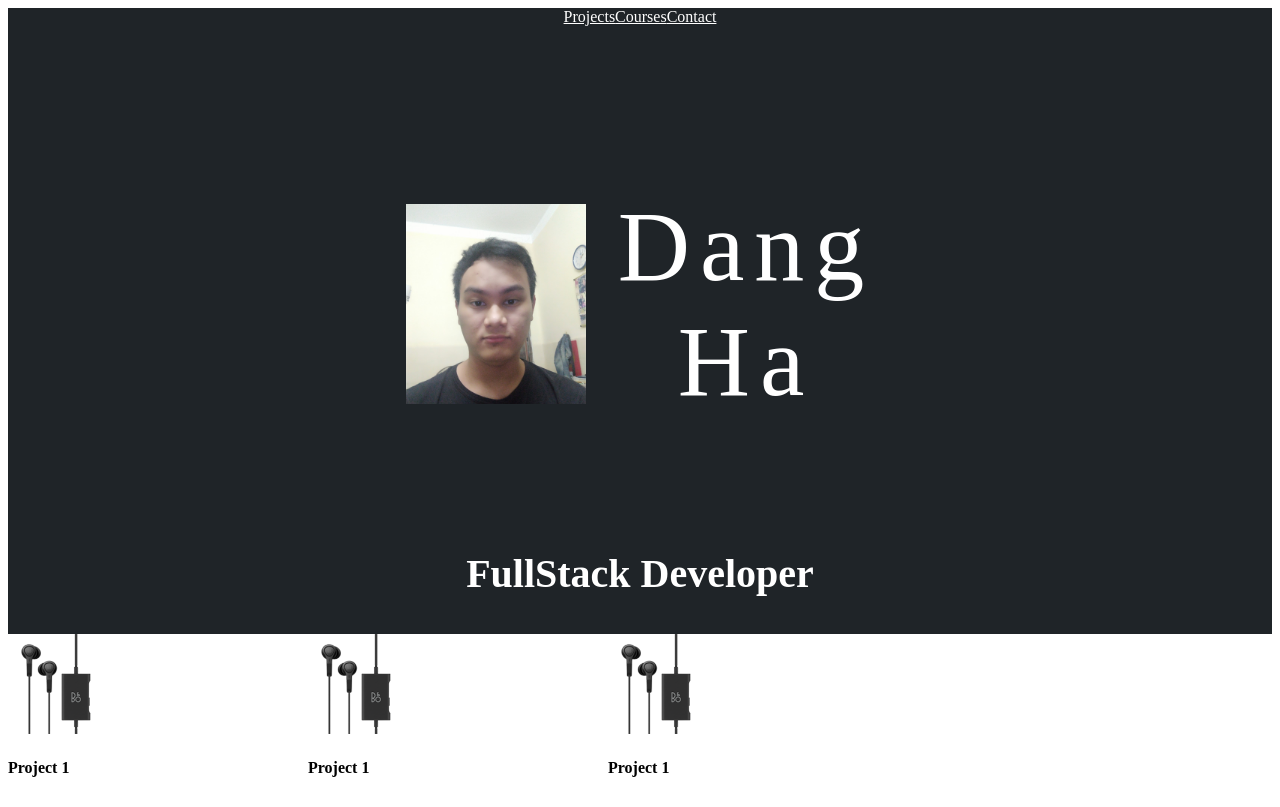
Repository: hagit01/ha-portfolio
Page: home.html
The author's editor kept a copy of each file at every save. The page is drawn from the files as they stood at one save, then again after a run of saves.
The browser window is 1280 px wide. The pictures show the whole page.

Above is the page before, as saved 2021-07-30 10:33:35.

### home.html
<!DOCTYPE html>
<html>
<head>
    <meta charset="utf-8" >
    <meta http-equiv="X-UA-Compatible" content="IE=edge" >
    <title>Dang Ha</title>
    <meta name="viewport" content="width=device-width, initial-scale=1" />
    <link rel="stylesheet" type="text/css" media="screen" href="main.css" >
</head>

<body>

    <section class="navigation-bar">

        <a class="nav-link" href="#">
            Projects
        </a>

        <a class="nav-link" href="#">
            Courses
        </a>

        <a class="nav-link" href="#">
            Contact
        </a>

    </section>

    <section class="hero">
        <div class="hero--content">
            <div class="hero--content--intro">
                <img id="profile_pic" src="images/dangha.jpg" alt="">
                <h1 class="intro--name">Dang <br> Ha</h1>
            </div>
            <div class="hero--content--subsection">
                <h3 class="description">FullStack Developer</h3>
                <p class="slogan">I learn to code to get a job</p>
            </div>
        </div>
    </section>

    <section class="container">
        <div class="projects--wrapper">
            <div class="project--column">
                <img class="project--thumbnail" src="images/1.png" alt="" >
                <div class="project--body">
                    <h4>Project 1</h4>
                </div>
            </div>
            <div class="project--column">
                <img class="project--thumbnail" src="images/1.png" alt="" >
                <div class="project--body">
                    <h4>Project 1</h4>
                </div>
            </div>
            <div class="project--column">
                <img class="project--thumbnail" src="images/1.png" alt="" >
                <div class="project--body">
                    <h4>Project 1</h4>
                </div>
            </div>
        </div>

    </section>

</body>



</html>

### main.css
.navigation-bar{
    background-color: #1F2428;
    height: 50px;
    display:flex;
    justify-content: center;
}

.nav-link{
    color: #fff;
}

.hero{
    background-color: #1F2428;
    height: 80vh;
    color:#fff;
}

#profile_pic{
    height: 200px;
    width: 180px;
    object-fit: cover;
}

.hero--content{
    width: 1000;
    margin: 0 auto;
    padding: 3em;
}

.hero--content--intro{
    display: flex;
    color: #fff;
    justify-content: center;
    align-items: center;
    gap: 2em;
    margin-bottom: 3em;
}

.hero--content--subsection{
    text-align: center;
}

.intro--name{
    font-size: 100px;
    letter-spacing: .1em;
    font-weight: 20;
    text-align: center;
}

.description{
    font-size: 40px;
}

.slogan{
    font-size:22px;
}

.projects--wrapper{
    display: flex;
}

.project--column{
    width: 300px;
}

.project--thumbnail{
    width: 100px;
}

After the next 2 saves:
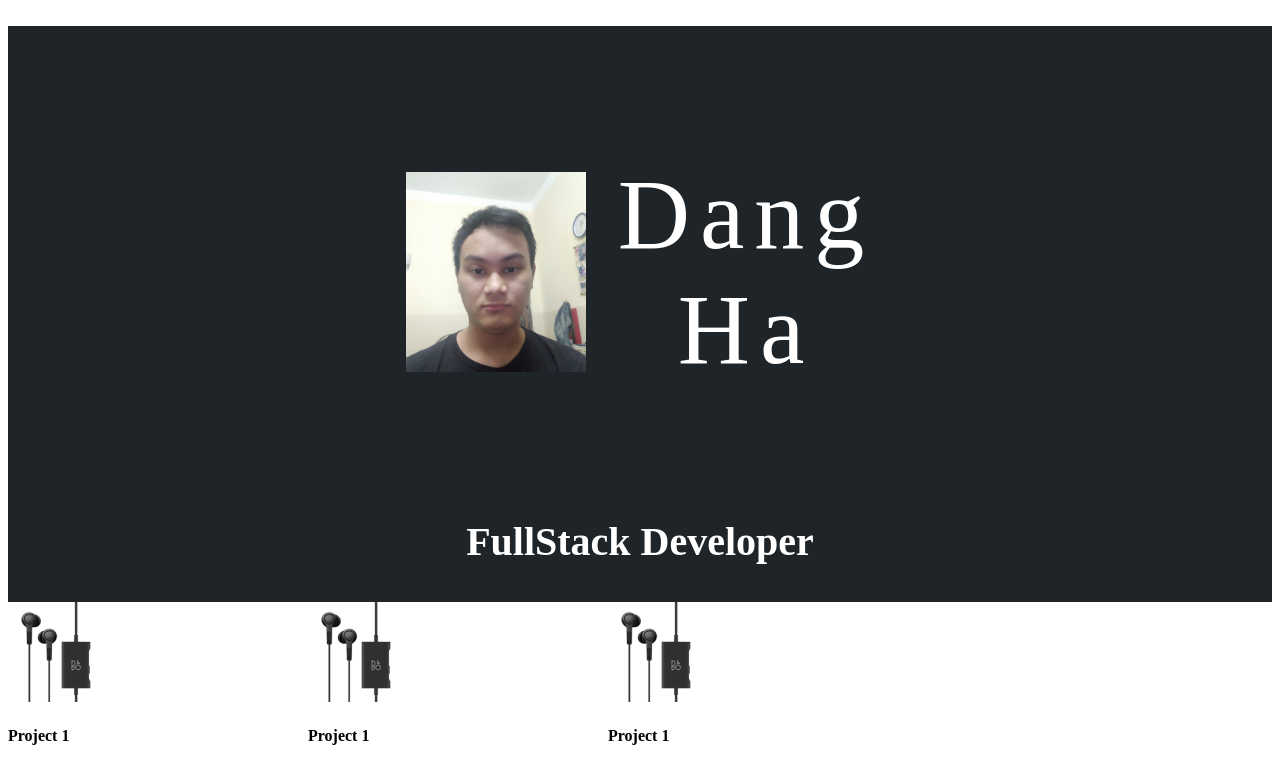
The 2 saves are shown as one change because they came seconds apart.
The last was saved 71 s later.
--- a/home.html
+++ b/home.html
@@ -10,7 +10,7 @@
 
 <body>
 
-    <section class="navigation-bar">
+    <section class="navbar">
 
         <a class="nav-link" href="#">
             Projects
